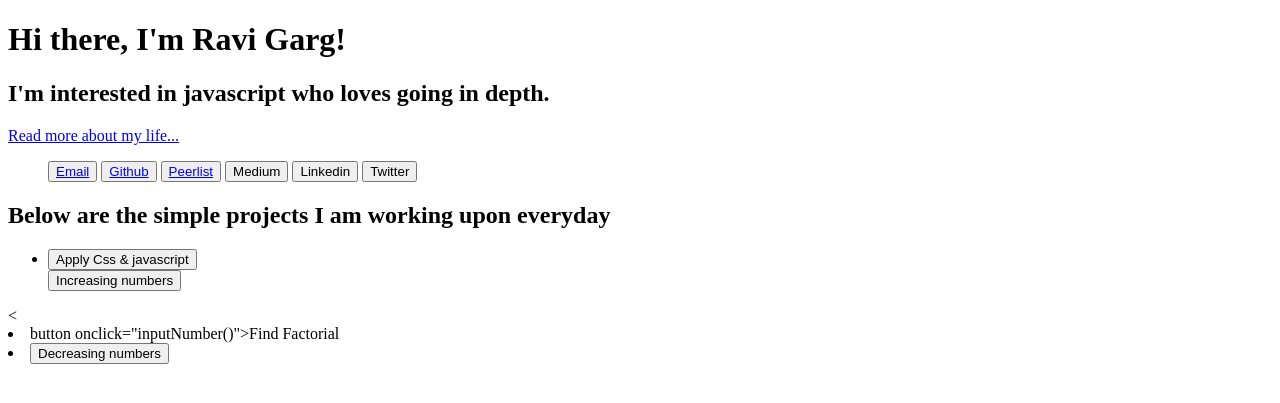
Repository: ravigarg001/musafir
Page: index.html
The author's editor kept a copy of each file at every save. The page is drawn from the files as they stood at one save, then again after the next save.
The browser window is 1280 px wide. The pictures show the whole page.

Above is the page before, as saved 2022-05-02 09:22:03.

### index.html
<!DOCTYPE html>
<html>
<head>
<title>Ravi Garg</title>
<!-- <link href="index.css" rel="stylesheet" type="text/css"></link> -->
<script src="index.js"></script>
</head>

<body>
<div class="about" >
    <h1>Hi there, I'm Ravi Garg!</h1>
    <h2>I'm interested in javascript who loves going in depth.</h2>
    <p> <a id="more" href="/about">Read more about my life...</a></p>
</div>

<footer>
<ul>
  <button><a href="mailto:ravigarg.connect@gmail.com">Email</a></button>
  <button><a href="https://github.com/ravigarg001" target="_blank">Github</a></button>
  <button><a href="https://peerlist.io/ravigarg" target="_blank">Peerlist</a></button>
  <button><a>Medium</a></button>
  <button><a>Linkedin</a></button>
  <button><a>Twitter</a></button><br>
</ul>
</footer>
<h2>Below are the simple projects I am working upon everyday</h2>
<ul>
  <li><button class="cssAdder" onclick="addCssAndJs()">Apply Css & javascript</button></li>
  <button onclick="inputNumber1()">Increasing numbers </button></ul></li>
  <<li>button onclick="inputNumber()">Find Factorial</button></li>
  <li><button onclick="inputNumber2()">Decreasing numbers</button></li>
</ul>
</footer>

</body>
<!-- <script src="Recursion/recursiveFactorial.js"></script> -->
<!-- <script src="Recursion/increasing_order.js"></script> -->

</html>

### index.js
function addCssAndJs(){
    let link = document.createElement('link');
    link.rel = 'stylesheet';
    link.type = 'text/css';
    link.href = 'index.css';
    document.head.appendChild(link);

    function addNewJsFile(fileLocation){
        let script = document.createElement('script');
        document.head.appendChild(script);
        script.src = fileLocation;
    }

    addNewJsFile('Recursion/decreasing_order.js');
    addNewJsFile('Recursion/increasing_order.js');
    addNewJsFile('Recursion/recursiveFactorial.js');

}
/*1. call addNewJsFile(put location of the js file here) */

After the next save:
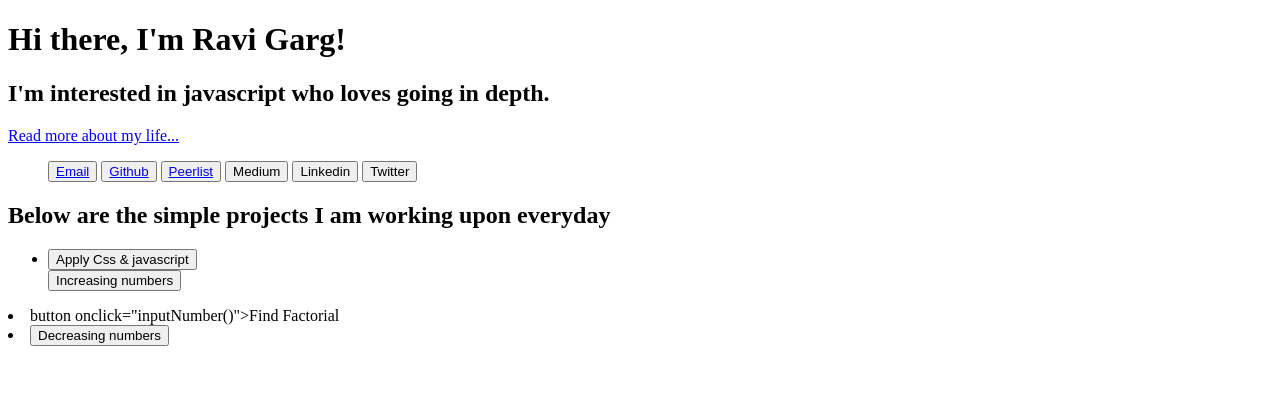
Saved 4 s later.
--- a/index.html
+++ b/index.html
@@ -27,7 +27,7 @@
 <ul>
   <li><button class="cssAdder" onclick="addCssAndJs()">Apply Css & javascript</button></li>
   <button onclick="inputNumber1()">Increasing numbers </button></ul></li>
-  <<li>button onclick="inputNumber()">Find Factorial</button></li>
+  <li>button onclick="inputNumber()">Find Factorial</button></li>
   <li><button onclick="inputNumber2()">Decreasing numbers</button></li>
 </ul>
 </footer>
